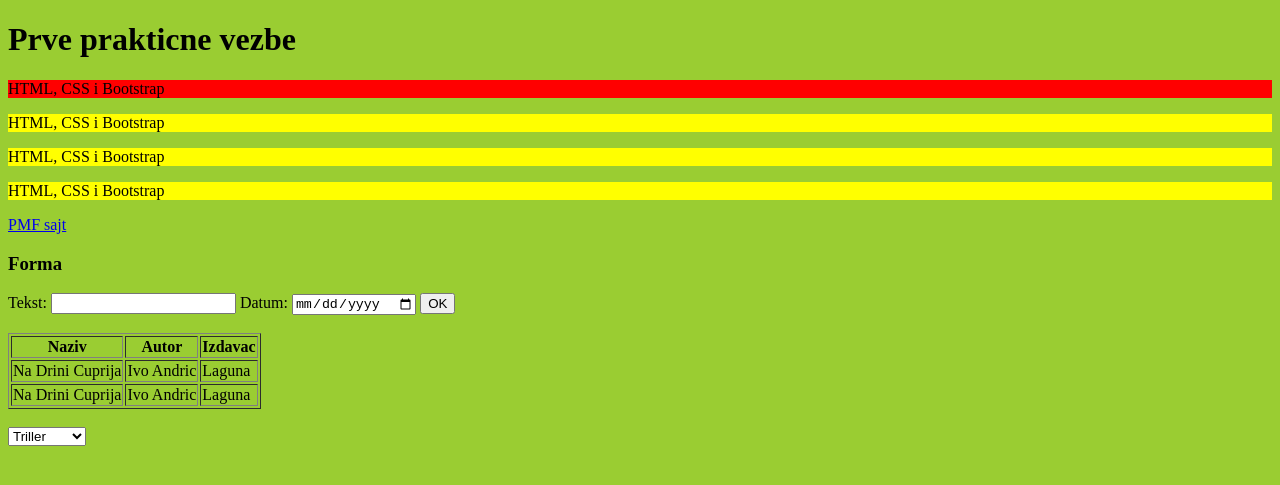
Repository: bojanludajic/Razvoj-Informacionih-Sistema
Page: Vezbe1/src/main/webapp/index.html
The author's editor kept a copy of each file at every save. The page is drawn from the files as they stood at one save, then again after the next save.
The browser window is 1280 px wide. The pictures show the whole page.

Above is the page before, as saved 2024-10-22 11:52:18.

After the next save:
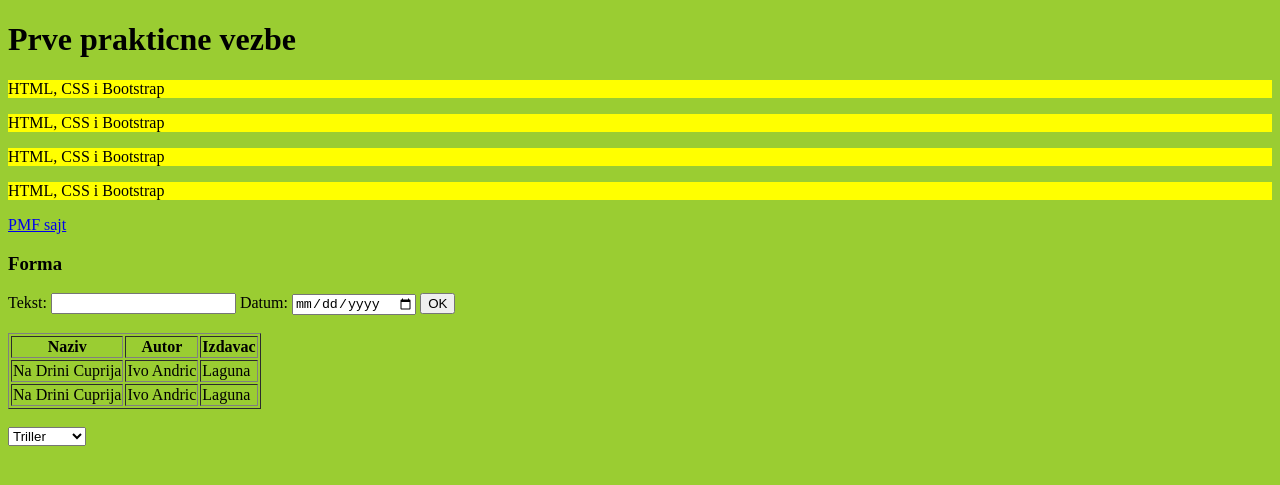
Saved 6 s later.
--- a/Vezbe1/src/main/webapp/index.html
+++ b/Vezbe1/src/main/webapp/index.html
@@ -7,7 +7,7 @@
 </head>
 <body>
 <h1>Prve prakticne vezbe</h1>
-<p class = "b">HTML, CSS i Bootstrap</p>
+<p class = "klasa1">HTML, CSS i Bootstrap</p>
 <p>HTML, CSS i Bootstrap</p>
 <p>HTML, CSS i Bootstrap</p>
 <p>HTML, CSS i Bootstrap</p>
